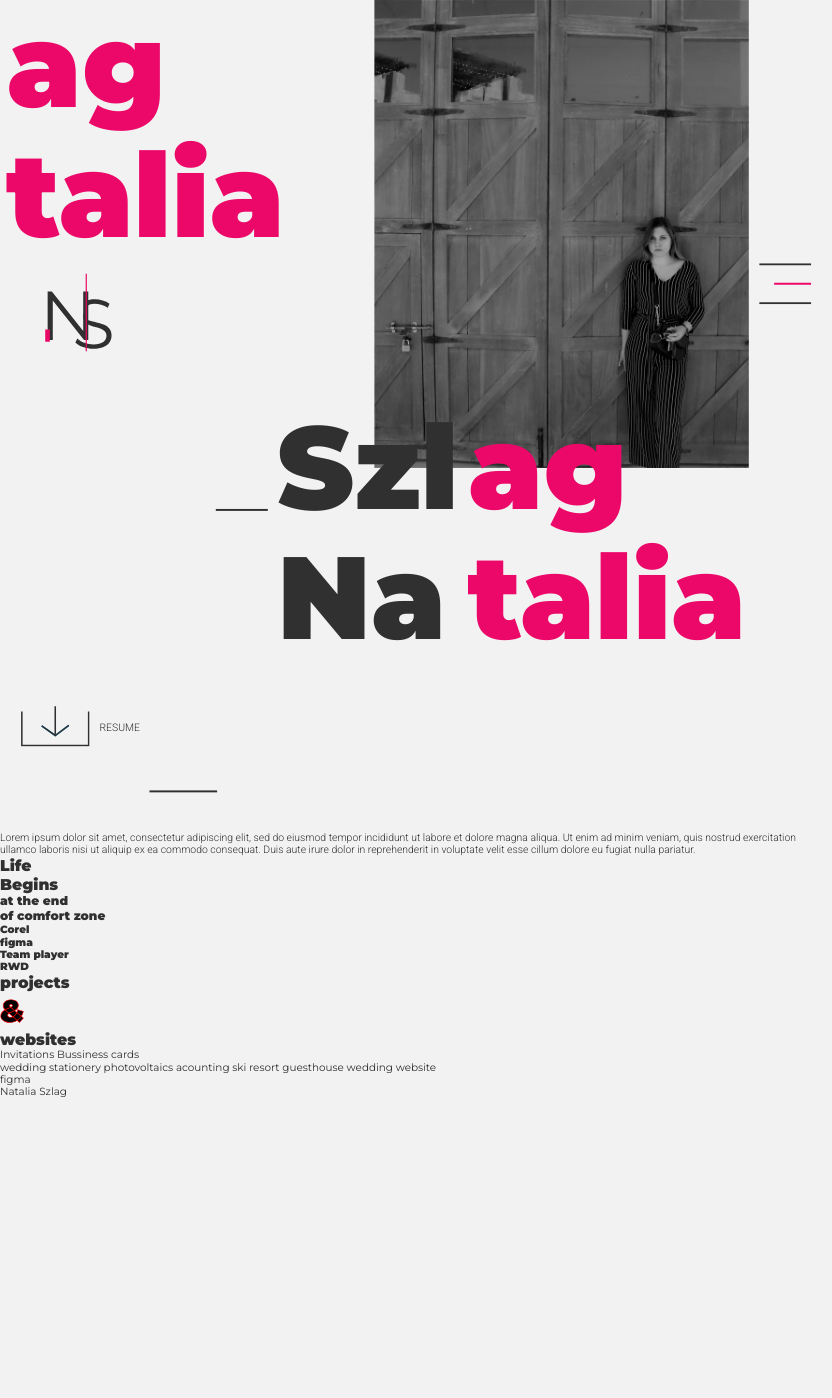
Repository: nataliaszlag/portfolio3
Page: index.html
The author's editor kept a copy of each file at every save. The page is drawn from the files as they stood at one save, then again after the next save.
The browser window is 1280 px wide. The pictures show the whole page, at 65% of full size.
The style sheet was rebuilt from its Sass, Less or Tailwind sources for each picture, by a compiler version that may differ from the author's.

Above is the page before, as saved 2020-09-26 20:12:10.

### index.html
<!DOCTYPE html>
<html lang="en">
<head>
    <meta charset="UTF-8">
    <meta name="viewport" content="width=device-width, initial-scale=1.0">
    <title>Portfolio</title>
    <link rel="stylesheet" href="/css/style.css">
    <link href="https://fonts.googleapis.com/css2?family=Montserrat:wght@300;400;600;900&family=Roboto:wght@300&display=swap" rel="stylesheet">
<body>
    <div><img class="hero-img"src="/img/img-hero.JPG" alt="zdj"><h1 class="h1-name clr-prim">ag<br>talia</h1></div>
    <header class="hero">
        <nav>
            <logo class="logo">
                <svg width="202" height="202" viewBox="0 0 202 202" fill="none" xmlns="http://www.w3.org/2000/svg">
                    <path d="M111.707 131.661C106.15 131.661 100.822 130.771 95.7284 128.989C90.6331 127.207 86.6957 124.857 83.9163 121.934L87.0156 115.841C89.7232 118.549 93.3219 120.742 97.8117 122.416C102.302 124.091 106.933 124.927 111.707 124.927C118.407 124.927 123.43 123.699 126.779 121.239C130.128 118.781 131.805 115.592 131.805 111.673C131.805 108.68 130.895 106.292 129.078 104.511C127.26 102.729 125.035 101.357 122.397 100.396C119.76 99.4333 116.091 98.3831 111.387 97.2422C78.7372 90.0157 110.659 55.7886 98.6857 58.3337C92.9473 59.5532 105.322 55.7647 113.312 55.5543C117.586 55.4414 121.773 56.1427 125.871 57.3177C129.969 58.4945 133.513 60.116 136.506 62.1821L133.835 68.4884C130.7 66.4223 127.351 64.8726 123.786 63.8395C120.223 62.8047 116.732 62.3344 113.312 62.2882C95.5796 62.0521 91.8988 81.0702 103.104 87.2483C105.649 88.6525 109.535 89.2614 114.167 90.4023C119.654 91.7552 124.089 93.091 127.474 94.4098C130.859 95.7285 133.727 97.7228 136.079 100.396C138.431 103.068 139.607 106.684 139.607 111.245C139.607 115.022 138.591 118.46 136.561 121.561C134.529 124.66 131.411 127.118 127.207 128.936C123.003 130.753 117.837 131.661 111.707 131.661Z" fill="#303030"/>
                    <path d="M103.826 43.3881V118.212H97.3055L49.2035 57.4973V118.212H41.2945V43.3881H47.8146L96.0226 104.103V43.3881H103.826Z" fill="#303030"/>
                    <path fill-rule="evenodd" clip-rule="evenodd" d="M99.789 135.296V16.0728H101.621V135.296H99.789Z" fill="#EC0868"/>
                    <path fill-rule="evenodd" clip-rule="evenodd" d="M37.5521 120.721L37.5538 101.949L44.6315 101.956V120.726L37.5521 120.721Z" fill="#EC0868"/>
                    </svg>


            </logo>
            <ul class="navbar">
                <svg class="hamburger"width="80" height="63" viewBox="0 0 80 63" fill="none" xmlns="http://www.w3.org/2000/svg">
                    <g  class="line-menu-1"><line y1="1.5" x2="80" y2="1.5" stroke="#303030" stroke-width="3"/></g>
                    <g class="line-menu-2"><line y1="61.5" x2="80" y2="61.5" stroke="#303030" stroke-width="3"/></g>
                    <line x1="23" y1="31.5" x2="80" y2="31.5" stroke="#EC0868" stroke-width="3"/>
                    </svg>

                <li class="nav-list"><a href ="#">ABOUT</a></li>
                <li class="nav-list"><a href ="#">PORTFOLIO</a></li>
                <li class="nav-list"><a href ="#">CONTACT</a></li>
            </ul>
        </nav>
        <div class="flex">
            <div class="line-1"></div>
            <h1 class="h1-name">Szl<br>Na</h1>
            <h1 class="h1-name clr-prim">ag<br>talia</h1>
        </div>
        <div class="resume">
            <icon class="resume-icon">
                <svg width="106" height="63" viewBox="0 0 106 63" fill="none" xmlns="http://www.w3.org/2000/svg">
                    <path d="M1.60553 8.5282V61.0716H104.395V8.5282" stroke="#303030" stroke-width="2.36" stroke-miterlimit="22.9256"/>
                    <path d="M53 0.473083V45.5269" stroke="#303030" stroke-width="2.36" stroke-miterlimit="22.9256"/>
                    <path d="M32.1326 30.6015L52.9999 45.5269L73.8673 29.8981" stroke="#00A0E3" stroke-width="2.36" stroke-miterlimit="22.9256"/>
                    <path d="M32.1326 30.6015L52.9999 45.5269L73.8673 29.8981" stroke="#303030" stroke-width="2.36" stroke-miterlimit="22.9256"/>
                    </svg>
            </icon>
            <p class="resume-p">RESUME</p>
            <div class="line-2"></div>
        </div>
    </header>
    <main>
        <article class="main-page">

            <div class="arrow">
                <svg>
                </svg>
            </div>
    </article>
        <article class="about">
            <div class="about-flex">
                <p class="about-p">
                    Lorem ipsum dolor sit amet, consectetur adipiscing elit, sed do eiusmod tempor incididunt ut labore et dolore magna aliqua. Ut enim ad minim veniam, quis nostrud exercitation ullamco laboris nisi ut aliquip ex ea commodo consequat. Duis aute irure dolor in reprehenderit in voluptate velit esse cillum dolore eu fugiat nulla pariatur.
                </p>
        </div>
            <div class="about-flex">
                <h2 class="about-primary">Life</h2>
                <h2 class="about-secondary">Begins</h2>
                <h3 class="about-terciary">at the end<br>of comfort zone</h3>
        </div>
            <div class="about-flex">
                <div class="vector"></div>
        </div>
            <div class="about-flex">
                <h4 class="stat">Corel</h4>
                <div class="stat-bar">
                <div class="bar"></div>
                <div class="bar"></div>
                <div class="bar"></div>
                <div class="bar"></div>
                <div class="bar"></div>
            </div>
            <h4 class="stat">figma</h4>
                <div class="stat-bar">
                <div class="bar-1"></div>
                <div class="bar-2"></div>
                <div class="bar-3"></div>
                <div class="bar-4"></div>
                <div class="bar-5"></div>
            </div>
            <h4 class="stat">Team player</h4>
                <div class="stat-bar">
                <div class="bar-1"></div>
                <div class="bar-2"></div>
                <div class="bar-3"></div>
                <div class="bar-4"></div>
                <div class="bar-5"></div>
            </div>
            <h4 class="stat">RWD</h4>
                <div class="stat-bar">
                <div class="bar-1"></div>
                <div class="bar-2"></div>
                <div class="bar-3"></div>
                <div class="bar-4"></div>
                <div class="bar-5"></div>
            </div>
        </div>
    </article>

    <article class="portfolio">
        <h2 class="portfolio-primary">projects<br></h2>
        <h2 class="portfolio-ampersand">&</h2>
        <h2 class="portfolio-secondary">websites</h2>

        <div class="projects-flex">
            <div class="project-gallery">
                <a href="https://www.kraftdesign.pl" target="_blank" class="link">Invitations</a>
                <a href="#gallery" class="link">Bussiness cards</a>
            </div>
            <div class="project-links">
                <a href="https://www.kraftdesign.pl" target="_blank" class="link">wedding stationery</a>
                <a href="https://www.cellinstalacje.pl" class="link" target="_blank" >photovoltaics</a>
                <a href="https://www.cellsksiegowosc.pl" class="link" target="_blank">acounting</a>
                <a href="https://www.masterski.pl" class="link" target="_blank">ski resort</a>
                <a href="https://www.tylicznoclegi.pl" class="link" target="_blank">guesthouse</a>
                <a href="https://www.pobieramysie.info" class="link" target="_blank">wedding website</a>
            </div>
            <div class="project-display">
                figma
            </div>
        </div>
    </article>

    <article class="contact">
        <div class="square">
            <div class="socials">
                <div class="social-info"></div>
                <div class="social-info"></div>
            </div>
            <div class="svg-animate">Natalia Szlag</div>
        </div>

        <div class="square bg-cover">
            <div class="social-sq">
                <svg class="social-ico">insta</svg>
            </div>
            <div class="social-sq">
                <svg class="social-ico">facebook</svg>
            </div>
            <div class="social-sq">
                <svg class="social-ico">pinterest</svg>
            </div>
        </div>
    </article>
    </main>
  </body>
</html>

### scss/style.scss
// ==========================================
// variables
// ==========================================

//font-var
$font-primary: 'Montserrat', sans-serif;
$font-secondary: 'roboto', sans-serif;
$font-spacing-primary: 10%;
$font-line-primary: 25pt;

//color-var
$clr-font: #303030;
$clr-bg: #f2f2f2;
$clr-accent: #ec0868;


// ============================================
// main style
// =======================================
*,
*:hover,
*:focus{
box-sizing: border-box;
color: $clr-font;
}

body{
    background-color: $clr-bg;
}

*{
    margin: 0;
    padding: 0;
    font-family: $font-primary;
    text-decoration: none;
}

.portfolio-ampersand{
    font-size: 48px;
    color: black;
    -webkit-text-stroke: 1px red;
}

.hero{
    min-height: 100%;
    height: 100vh;
    max-width: 95%;
    margin: auto;
}

.hero-img{
    object-fit: cover;
    top: 0;
    right: 10%;
    position: absolute;
    height: 100vh;
    width: 45%;
    z-index: -1;
}

.h1-name{
    display: inline-block;
    font-weight: 900;
    font-size: 180px;
    line-height: 200px;
    padding-left: 10px;
    z-index: 3;
}

.clr-prim{
    color: $clr-accent;
}

.resume{
    margin-top: auto;
    display: flex;
    align-items: center;

    &-p{
        padding: 15px;
    }

    .line-2{
        display: inline-block;
    content:'';
    width: 104px;
    height: 200px;
    border-bottom: solid 3px $clr-font;
    }
}

.line-1{
    display: inline-block;
    content:'';
    width: 80px;
    height: 200px;
    border-top: solid 3px $clr-font;
    margin-left: 300px;
}

nav{
    margin-top: 5px;
    display: flex;
    justify-content: space-between;
    ul{
        display: block;
        list-style-type: none;
        text-align: right;
        li{
            opacity: 0;
            overflow: hidden;
            padding: 15px;
            transition: .2s ease-out;
        }
    }

    ul:hover > li{
        opacity: 1;
    }

    ul:hover .line-menu-1{
        transform: translateY(20px);
    }

    ul:hover .line-menu-2{
        transform: translateY(-20px);
    }
    }

li{
    transition: .2s ease-out;
}

li:hover{
    transform: scale(1.2);
    color: $clr-accent;
}

a{
    transition: .2s ease-out;
}

a:hover{
    color: $clr-accent;
}

.line-menu-1{
    transition: .2s ease-out;
}

.line-menu-2{
    transition: .2s ease-out;
}

p{
    font-family: $font-secondary;
}

After the next save:
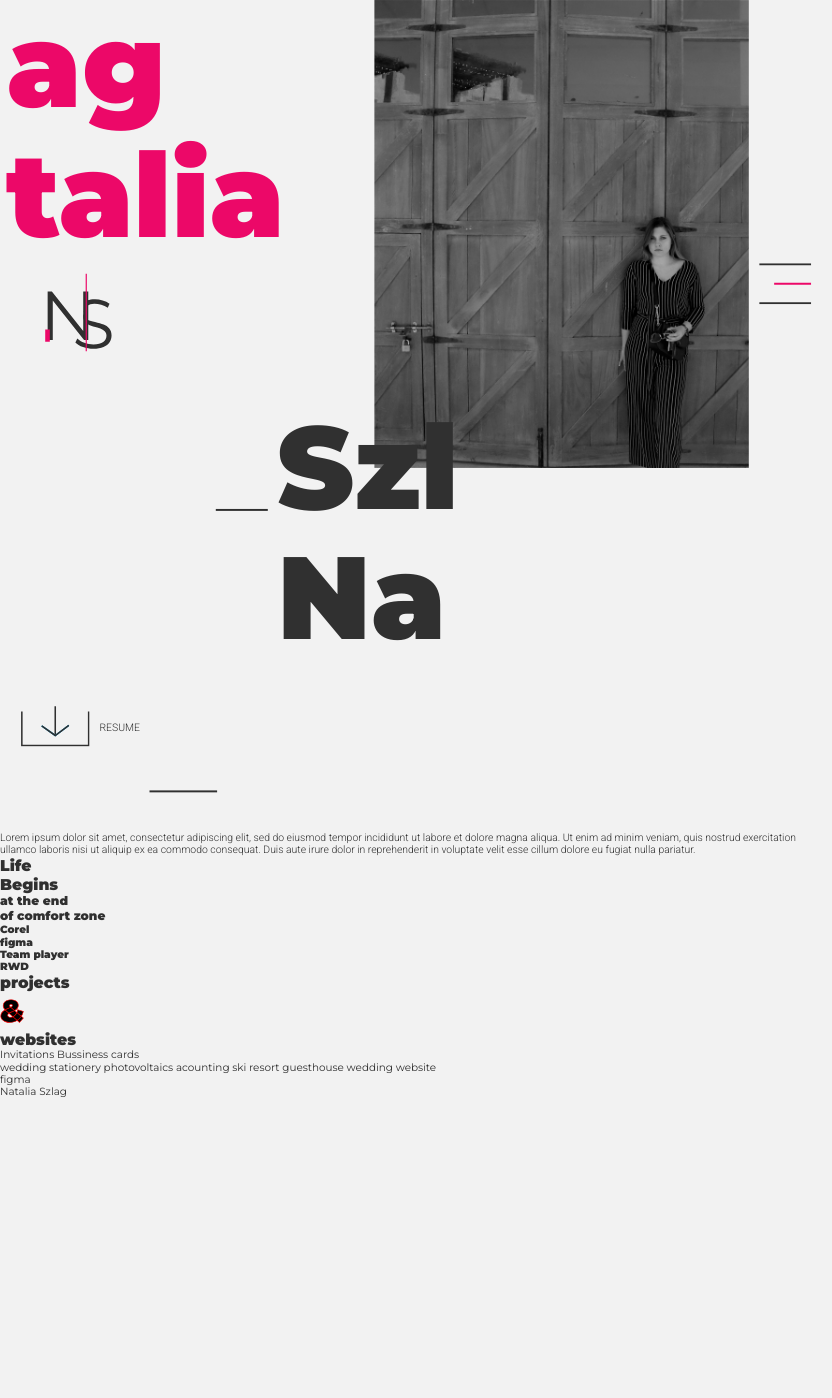
Saved 20 s later.
--- a/index.html
+++ b/index.html
@@ -35,7 +35,6 @@
         <div class="flex">
             <div class="line-1"></div>
             <h1 class="h1-name">Szl<br>Na</h1>
-            <h1 class="h1-name clr-prim">ag<br>talia</h1>
         </div>
         <div class="resume">
             <icon class="resume-icon">
